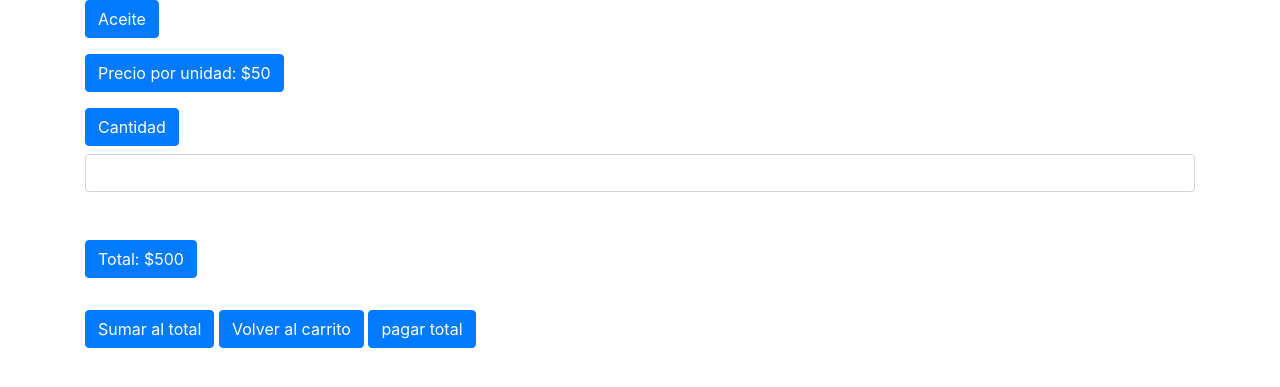
Repository: Alemartinez97/New-Repository
Page: programacion-3/tp4/carrito/detalleCompra/producto.html
These files come from the project's save history. The page is drawn as it stood at one moment and after the next save; the edit follows.
The browser window is 1280 px wide. The pictures show the whole page.

Above is the page before, as saved 2020-06-18 17:19:16.

After the next save:
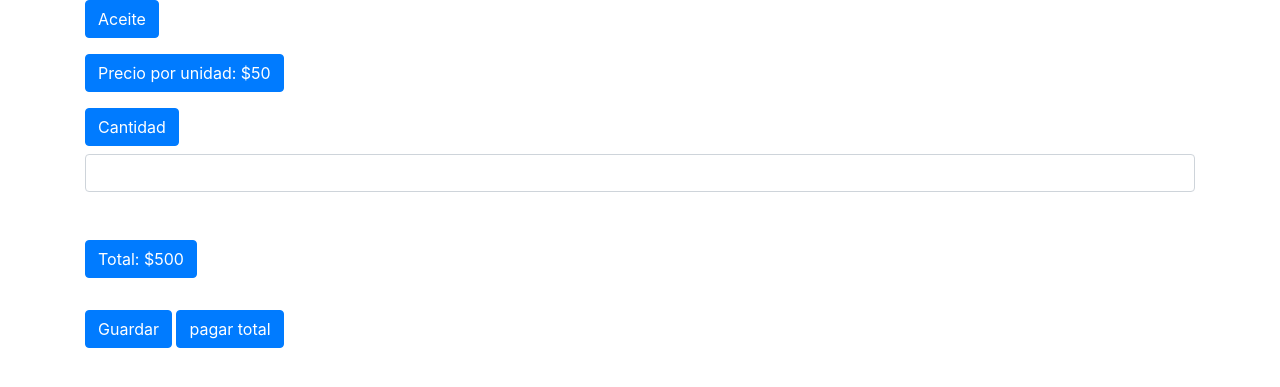
Saved 4 min 7 s later.
--- a/programacion-3/tp4/carrito/detalleCompra/producto.html
+++ b/programacion-3/tp4/carrito/detalleCompra/producto.html
@@ -20,8 +20,7 @@
     </br>
         </form>
 
-        <button onclick="enviarDatos()" class="btn btn-primary">Sumar al total</button>
-        <a href="../carrito.html" class="btn btn-primary">Volver al carrito</a>
+        <a href="../carrito.html" class="btn btn-primary">Guardar</a>
         <button onclick="enviarDatos()" class="btn btn-primary">pagar total</button>
         <h3 id="resultado"></h3>
         <script src="../../js/producto.js"></script>
